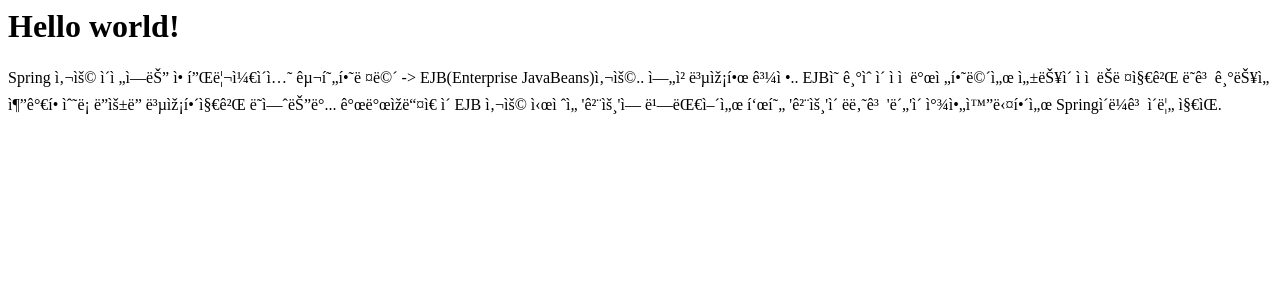
Repository: moondolph/SKKU_IT_Education
Page: http://localhost/Sep29_1_SpringMVC/
The author's editor kept a copy of each file at every save. The page is drawn from the files as they stood at one save, then again after the next save.
The browser window is 1280 px wide. The pictures show the whole page.
The page is served by Tomcat 9.

Above is the page before, as saved 2022-09-29 02:14:32.

After the next save:
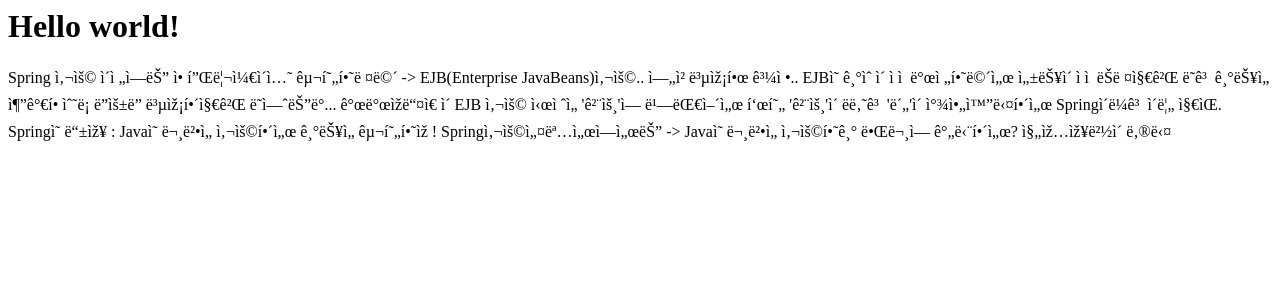
Saved 83 s later.
--- a/Sep29_1_SpringMVC/src/main/webapp/WEB-INF/views/home.jsp
+++ b/Sep29_1_SpringMVC/src/main/webapp/WEB-INF/views/home.jsp
@@ -15,6 +15,8 @@
 	개발자들은 이 EJB 사용 시절을 '겨울'에 빗대어서 표현
 	'겨울'이 끝나고 '봄'이 찾아왔다해서 Spring이라고 이름 지음.
 
+	Spring의 등장 : Java의 문법을 사용해서 기능을 구현하자 !
+	Spring사용설명서에서는 -> Java의 문법을 사용하기 때문에 간단해서? 진입장벽이 낮다
 
 
 </body>
